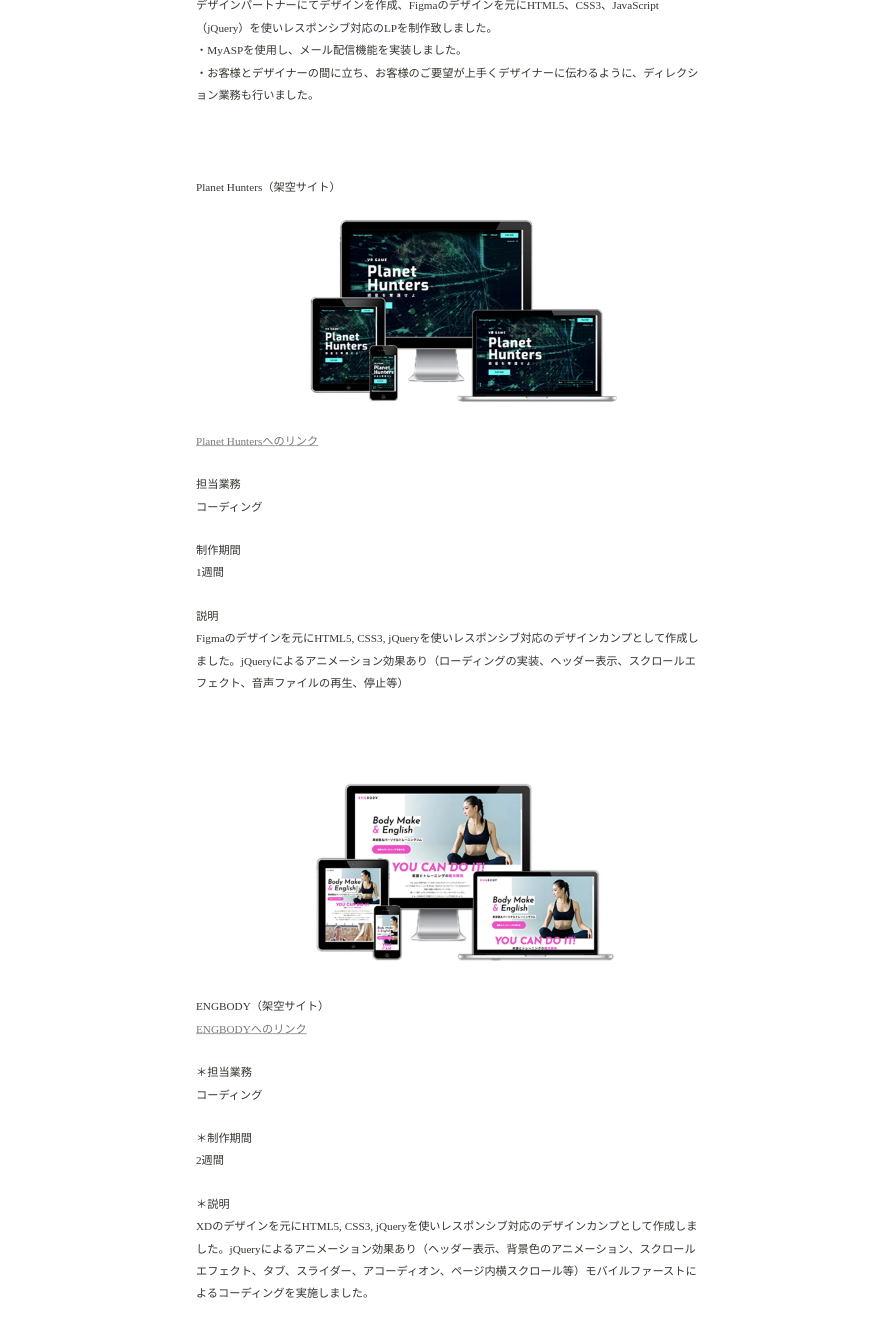
Repository: tetishi/my-portfolio
Page: index.html
An editor plug-in stored every save of this project. The page is shown before and after a run of saves, followed by the edit.
The browser window is 1280 px wide. The pictures show the part of the page from y = 3616 to 5536 px (the page is 11517 px tall before and 11501 px after), at 70% of full size.
The style sheet was rebuilt from its Sass, Less or Tailwind sources for each picture, by a compiler version that may differ from the author's.

Above is the page before, as saved 2024-05-19 15:48:17.

### index.html
<!DOCTYPE html>
<html lang="ja">

<head>
    <meta name="robots" content="noindex">
    <meta charset="UTF-8">
    <meta name="viewport" content="width=device-width, initial-scale=1.0">
    <meta http-equiv="X-UA-Compatible" content="ie=edge">
    <meta property="og:title" content="石田哲朗のポートフォリオ" />
    <meta property="og:type" content="website" />
    <meta property="og:url" content="http://tetsuroishida.com/" />
    <meta property="og:image" content="#" />
    <meta property="og:site_name" content="ポートフォリオ" />
    <meta property="og:description" content="石田哲朗のポートフォリオです。過去の作品、スキル、使用ツール、自己紹介を掲載しております。" />
    <title>石田哲朗のポートフォリオ</title>
    <link rel="stylesheet" href="reset.css">
    <link rel="stylesheet" href="style.css">
    <link rel="icon" href="img/favicon.ico">
</head>

<body>
    <header class="header">
        <div class="header-inner">
            <h1 class="logo">
                <a href="/">
                    <img class="logo_img" src="img/favicon.png" alt="">
                </a>
            </h1>
            <nav class="header-nav">
                <ul class="header-ul">
                    <li class="header-li">
                        <a href="#">過去の作品</a>
                    </li>
                    <li class="header-li">
                        <a href="#">スキル</a>
                    </li>
                    <li class="header-li">
                        <a href="#">使用ツール</a>
                    </li>
                    <li class="header-li">
                        <a href="#">私について</a>
                    </li>
                </ul>
            </nav>
            <button class="mobile-menu_btn">
                <span></span>
                <span></span>
                <span></span>
            </button>
            <div class="mobile-header">
                <nav class="mobile-header_nav">
                    <ul class="mobile-header_ul">
                        <li class="mobile-header_li">
                            <a href="#">過去の作品</a>
                        </li>
                        <li class="mobile-header_li">
                            <a href="#">スキル</a>
                        </li>
                        <li class="mobile-header_li">
                            <a href="#">使用ツール</a>
                        </li>
                        <li class="mobile-header_li">
                            <a href="#">私について</a>
                        </li>
                    </ul>
                </nav>
            </div>
        </div>
    </header>

    <main>

        <section>
            <!-- ここ記入 -->
            <h1>ポートフォリオ<br class="d-none">（石田 哲朗）</h1>
            <p>お忙しい中 ご覧頂きありがとうございます。</p>
            <p>以下、過去の作品でございます。</p>
            <!-- ここ記入 -->
            <!-- <p>ベーシック認証がかかっているものは<br>ID aaa<br>パスワード aaa<br> です。</p> -->
        </section>
        <section>

            <h2>過去の作品</h2>
            <h3 class="sub-tit">LP作成</h3>

            <!-- １作品目 -->
            <div class="work">
                <!-- ここ記入 -->
                <h3 class="work_tit">UNIVERSAL HOLDINGS様／山中湖オリオン</h3>

                <!-- サイトのイメージ写真を入れます -->
                <a class="work_img-link" target="_blank" href="https://orion.universalholdings.jp/">
                    <picture>
                        <source srcset="img/universal-holdings@2x.webp" type="image/webp">
                        <img src="img/universal-holdings@2x.png">
                    </picture>
                </a>
                <p>
                    UNIVERSAL HOLDINGS様の貸別荘ビジネス「山中湖オリオン」についてのLP（ランディングページ）を制作致しました。<br>
                    「山中湖オリオン」は優れた強固な構造が特徴で、長期の運用が可能なフィンランドログを使用した貸別荘です。<br>
                </p>
                <h3 class="details">サイトへのリンク</h3>
                <!-- ここ記入 -->
                <p class="work_link"><a target="_blank" rel="noopener noreferrer" href="https://orion.universalholdings.jp/">UNIVERSAL HOLDINGS様／山中湖オリオンのLPへのリンク</a></p>
                <p class="work_link"><a target="_blank" rel="noopener noreferrer" href="https://orion-salon.universalholdings.jp/">UNIVERSAL HOLDINGS様／山中湖オリオン ABテスト用LPへのリンク</a></p>

                <h3 class="details">担当業務</h3>
                <p>コーディング / WordPress</p>
                <h3 class="details">サイトの目的</h3>
                <p>共同事業パートナーの募集 / 事業の認知</p>
                <h3 class="details">制作期間</h3>
                <!-- ここ記入 -->
                <p>約5日（コーディング / WordPress）</p>
                <h3 class="details">説明</h3>
                <!-- ここ記入 -->
                <p>
                    UNIVERSAL HOLDINGS様の貸別荘ビジネス「山中湖オリオン」についてのLP（ランディングページ）を制作致しました。<br>
                    「山中湖オリオン」は優れた強固な構造が特徴で、長期の運用が可能なフィンランドログを使用した貸別荘です。<br>
                    デザインパートナーにてデザインを作成、Photoshopのデザインを元にHTML5, CSS3, JavaScript(jQuery)を使用しLPをコーディング、WordPress化致しました。<br>
                    ・ユーザーにとってクリックしやすくなるように、ボタンは光るようにコーディングしております。<br>
                    ・ABテスト用に一部異なるデザインのLPも制作致しました。
                </p>
            </div>


            <!-- 2作品目 -->
            <div class="work">
                <!-- ここ記入 -->
                <h3 class="work_tit">合同会社シュアーズ様／AIオートメーションシステムのLP</h3>

                <!-- サイトのイメージ写真を入れます -->
                <a class="work_img-link" target="_blank" href="https://sedori-go.com/automation-b/">
                    <picture>
                        <source srcset="img/automation-b@2x.webp" type="image/webp">
                        <img src="img/automation-b@2x.png">
                    </picture>
                </a>
                <!-- ここ記入 -->
                <p>
                    合同会社シュアーズ様のAIオートメーションシステムについてのLP（ランディングページ）を制作致しました。<br>
                    平凡なサラリーマンがネット販売で独立を叶え、起業初年度に「1億円」を叶えた特効薬（秘密）を初公開しております。
                </p>

                <h3 class="details">サイトへのリンク</h3>
                <p class="work_link"><a target="_blank" rel="noopener noreferrer" href="https://sedori-go.com/automation-b/">AIオートメーションシステムのLPへのリンク</a></p>

                <h3 class="details">担当業務</h3>
                <p>コーディング / ディレクション</p>

                <h3 class="details">サイトの目的</h3>
                <p>サービスの認知 / 新規クライアントの獲得</p>

                <h3 class="details">制作期間</h3>
                <!-- ここ記入 -->
                <p>5日（コーディング / ディレクション）</p>

                <h3 class="details">説明</h3>
                <!-- ここ記入 -->
                <p>デザインパートナーにてデザインを作成、Figmaのデザインを元にHTML5、CSS3、JavaScript（jQuery）を使いレスポンシブ対応のLPを制作致しました。<br>
                    ・MyASPを使用し、メール配信機能を実装しました。<br>
                    ・お客様とデザイナーの間に立ち、お客様のご要望が上手くデザイナーに伝わるように、ディレクション業務も行いました。
                </p>
            </div>

            <!-- 3作品目 -->
            <div class="work">
                <h3 class="work_tit">合同会社シュアーズ様／AIオートメーションのLP</h3>

                <!-- サイトのイメージ写真を入れます -->
                <a class="work_img-link" target="_blank" href="https://sedori-go.com/automationlp/">
                    <picture>
                        <source srcset="img/automation-a@2x.webp" type="image/webp">
                        <img src="img/automation-a@2x.png">
                    </picture>
                </a>
                <!-- ここ記入 -->
                <p>
                    合同会社シュアーズ様のAIオートメーションシステムについてのLP（ランディングページ）を制作致しました。<br>
                    自分でリサーチしない、勝手に利益商品をみつけてくれるAIオートメーションシステムです。
                </p>

                <h3 class="details">サイトへのリンク</h3>
                <p class="work_link"><a target="_blank" rel="noopener noreferrer" href="https://sedori-go.com/automationlp/">AIオートメーションのLPへのリンク</a></p>

                <h3 class="details">担当業務</h3>
                <p>コーディング / ディレクション</p>

                <h3 class="details">制作期間</h3>
                <!-- ここ記入 -->
                <!-- <p>11日（6日デザイン、5日コーディング）</p> -->
                <p>5日（コーディング / ディレクション）</p>

                <h3 class="details">説明</h3>
                <!-- ここ記入 -->
                <p>デザインパートナーにてデザインを作成、Figmaのデザインを元にHTML5、CSS3、JavaScript（jQuery）を使いレスポンシブ対応のLPを制作致しました。<br>
                    ・MyASPを使用し、メール配信機能を実装しました。<br>
                    ・お客様とデザイナーの間に立ち、お客様のご要望が上手くデザイナーに伝わるように、ディレクション業務も行いました。
                </p>
            </div>

            <!-- 4作品目 -->
            <div class="work">
                                <!-- ここ記入 -->
                                <p class="work_tit">Planet Hunters（架空サイト）</p>

                <!-- サイトのイメージ写真を入れます -->
                <picture>
                    <source srcset="img/planet-hunters@2x.webp" type="image/webp">
                    <img src="img/planet-hunters@2x.png">
                </picture>
                <!-- ここ記入 -->
                <p class="work_link"><a target="_blank" rel="noopener noreferrer" href="https://tetishi.github.io/planet-hunters/">Planet Huntersへのリンク</a></p>
                <p class="details">担当業務</p>
                <p>コーディング</p>
                <p class="details">制作期間</p>
                <!-- ここ記入 -->
                <p>1週間</p>
                <p class="details">説明</p>
                <!-- ここ記入 -->
                <p>Figmaのデザインを元にHTML5, CSS3, jQueryを使いレスポンシブ対応のデザインカンプとして作成しました。jQueryによるアニメーション効果あり（ローディングの実装、ヘッダー表示、スクロールエフェクト、音声ファイルの再生、停止等）</p>
            </div>

            <!-- 5作品目 -->
            <div class="work">
                <!-- サイトのイメージ写真を入れます -->
                <picture>
                    <source srcset="img/engbody@2x.webp" type="image/webp">
                    <img src="img/engbody@2x.png">
                </picture>
                <!-- ここ記入 -->
                <p class="work_tit">ENGBODY（架空サイト）</p>
                <!-- ここ記入 -->
                <p class="work_link"><a target="_blank" rel="noopener noreferrer" href="https://tetishi.github.io/engbody/">ENGBODYへのリンク</a></p>
                <p class="details">＊担当業務</p>
                <p>コーディング</p>
                <p class="details">＊制作期間</p>
                <!-- ここ記入 -->
                <p>2週間</p>
                <p class="details">＊説明</p>
                <!-- ここ記入 -->
                <p>XDのデザインを元にHTML5, CSS3, jQueryを使いレスポンシブ対応のデザインカンプとして作成しました。jQueryによるアニメーション効果あり（ヘッダー表示、背景色のアニメーション、スクロールエフェクト、タブ、スライダー、アコーディオン、ページ内横スクロール等）モバイルファーストによるコーディングを実施しました。</p>
            </div>

            <!-- 　6作品目 -->
            <div class="work">
                <!-- サイトのイメージ写真を入れます -->
                <picture>
                    <source srcset="img/cresta-design@2x.webp" type="image/webp">
                    <img src="img/cresta-design@2x.png">
                </picture>
                <!-- ここ記入 -->
                <p class="work_tit">Cresta Design（架空サイト）</p>
                <!-- ここ記入 -->
                <p class="work_link"><a target="_blank" rel="noopener noreferrer" href="https://tetishi.github.io/cresta-design/">Cresta Designへのリンク</a></p>
                <p class="details">＊担当業務</p>
                <p>コーディング</p>
                <p class="details">＊制作期間</p>
                <!-- ここ記入 -->
                <p>2週間</p>
                <p class="details">＊説明</p>
                <!-- ここ記入 -->
                <p>XDのデザインを元にHTML5, CSS3, jQueryを使いレスポンシブ対応のデザインカンプとして作成しました。jQueryによるアニメーション効果あり（ハンバーガーメニュー、ページ内スクロールボタン）</p>
            </div>

            <!-- 　7作品目 -->
            <div class="work">
                <!-- サイトのイメージ写真を入れます -->
                <picture>
                    <source srcset="img/wdc@2x.webp" type="image/webp">
                    <img src="img/wdc@2x.png">
                </picture>
                <!-- ここ記入 -->
                <p class="work_tit">WDC（架空サイト）</p>
                <!-- ここ記入 -->
                <p class="work_link"><a target="_blank" rel="noopener noreferrer" href="https://tetishi.github.io/wdc/">WDCへのリンク</a></p>
                <p class="details">＊担当業務</p>
                <p>コーディング</p>
                <p class="details">＊制作期間</p>
                <!-- ここ記入 -->
                <p>2週間</p>
                <p class="details">＊説明</p>
                <!-- ここ記入 -->
                <p>XDのデザインを元にHTML5, CSS3, jQueryを使いレスポンシブ対応のデザインカンプとして作成しました。jQueryによるアニメーション効果あり（ページ内スクロールボタン、トップに戻るボタン）</p>
            </div>

            <!-- 　8作品目 -->
            <div class="work">
                <!-- サイトのイメージ写真を入れます -->
                <picture>
                    <source srcset="img/munchkin@2x.webp" type="image/webp">
                    <img src="img/munchkin@2x.png">
                </picture>
                <!-- ここ記入 -->
                <p class="work_tit">MUNCHKIN（架空サイト）</p>
                <!-- ここ記入 -->
                <p class="work_link"><a target="_blank" rel="noopener noreferrer" href="https://tetishi.github.io/munchkin2/">MUNCHKINへのリンク</a></p>
                <p class="details">＊担当業務</p>
                <p>コーディング</p>
                <p class="details">＊制作期間</p>
                <!-- ここ記入 -->
                <p>1週間</p>
                <p class="details">＊説明</p>
                <!-- ここ記入 -->
                <p>XDのデザインを元にHTML5, CSS3, jQueryを使いレスポンシブ対応のデザインカンプとして作成しました。jQueryによるアニメーション効果あり（ハンバーガーメニュー、スクロールボタン）</p>
            </div>


            <h3 class="sub-tit">コーポレイトサイト作成</h3>
            <!-- 　1作品目 -->
            <div class="work">
                <!-- サイトのイメージ写真を入れます -->
                <picture>
                    <source srcset="img/pon-design@2x.webp" type="image/webp">
                    <img src="img/pon-design@2x.png">
                </picture>
                <!-- ここ記入 -->
                <p class="work_tit">PON DESIGN（架空サイト）</p>
                <!-- ここ記入 -->
                <p class="work_link"><a target="_blank" rel="noopener noreferrer" href="https://tetishi.github.io/pon-design/">PON DESIGNへのリンク</a></p>
                <p class="details">＊担当業務</p>
                <p>コーディング</p>
                <p class="details">＊制作期間</p>
                <!-- ここ記入 -->
                <p>約18日</p>
                <p class="details">＊説明</p>
                <!-- ここ記入 -->
                <p>XDのデザインを元にHTML5, CSS3, jQueryを使いレスポンシブ対応のデザインカンプとして作成しました。jQueryによるアニメーション効果あり（ハンバーガーメニュー、スライダー等）</p>
            </div>


            <!-- 　2作品目 -->
            <div class="work">
                <!-- サイトのイメージ写真を入れます -->
                <picture>
                    <source srcset="img/start@2x.webp" type="image/webp">
                    <img src="img/start@2x.png">
                </picture>
                <!-- ここ記入 -->
                <p class="work_tit">START（架空サイト）</p>
                <!-- ここ記入 -->
                <p class="work_link"><a target="_blank" rel="noopener noreferrer" href="https://tetishi.github.io/">STARTへのリンク</a></p>
                <p class="details">＊担当業務</p>
                <p>コーディング</p>
                <p class="details">＊制作期間</p>
                <!-- ここ記入 -->
                <p>1週間</p>
                <p class="details">＊説明</p>
                <!-- ここ記入 -->
                <p>XDのデザインを元にHTML5, CSS3, jQueryを使いレスポンシブ対応のデザインカンプとして作成しました。jQueryによるアニメーション効果あり（ハンバーガーメニュー）</p>
            </div>

            <!-- <div class="work"> -->
                <!-- サイトのイメージ写真を入れます -->
                <!-- <picture>
                    <source srcset="img/#" type="image/webp">
                    <img src="img/#">
                </picture> -->
                <!-- ここ記入 -->
                <!-- <p class="work_tit">ここに作品のタイトルを入れます</p> -->
                <!-- ここ記入 -->
                <!-- <p class="work_link"><a target="_blank" rel="noopener noreferrer" href="#">ここにリンクを入れます</a></p>
                <p class="details">＊担当業務</p>
                <p>コーディング</p>
                <p class="details">＊制作期間</p> -->
                <!-- ここ記入 -->
                <!-- <p>○週間</p>
                <p class="details">＊説明</p> -->
                <!-- ここ記入 -->
                <!-- <p>ここに説明文を入れます</p>
            </div> -->


        </section>
        <section>
            <h2>スキル</h2>
            <h3 class="info-tit">使用言語</h3>
            <p>HTML / CSS / Sass / Javascript / SEO / PHP</p>
            <h3 class="info-tit">フレ-ムワーク</h3>
            <p>jQuery / WordPress</p>
        </section>
        <section>
            <h2>使用ツール</h2>
            <h3 class="info-tit">エディター</h3>
            <p>Visual Studio Code</p>
            <h3 class="info-tit">テストサーバー</h3>
            <p>シン・クラウド for Free / エックスフリー</p>
            <h3 class="info-tit">バージョン管理ツール</h3>
            <p>GitHub</p>
            <h3 class="info-tit">連絡ツール</h3>
            <p>slack / Chatwork</p>
        </section>
        <section>
            <h2>私について</h2>
            <!-- 自分の写真を入れます -->
            <picture>
                <source srcset="img/myself.webp" type="image/webp">
                <img class="people" src="img/myself.jpeg">
            </picture>
            <!-- <img class="people" src="img/myself.jpeg"> -->
            <h3 class="info-tit">名前</h3>
            <!-- ここ記入 -->
            <p>石田 哲朗</p>
            <h3 class="info-tit">生年月日</h3>
            <!-- ここ記入 -->
            <p>1992年11月12日</p>
            <h3 class="info-tit">出身</h3>
            <!-- ここ記入 -->
            <p>奈良県</p>
            <h3 class="info-tit">経歴</h3>
            <!-- ここ記入 -->
            <ul class="carrier-list">
                <li class="carrier-item">
                    <p class="carrier-year">2015</p>
                    <p class="carrier-content">大阪の大学を経済学部で卒業</p>
                </li>
                <li class="carrier-item">
                    <p class="carrier-year">2015 - 2017</p>
                    <p class="carrier-content">アメリカ、ロサンゼルスの語学学校で英語を学ぶ</p>
                </li>
                <li class="carrier-item">
                    <p class="carrier-year">2017 - 2019</p>
                    <p class="carrier-content">カリフォルニア州オークランドにあるLaney Collegeにてコンピュータプログラミング専攻し卒業</p>
                </li>
                <li class="carrier-item">
                    <p class="carrier-year">2019</p>
                    <p class="carrier-content">フリーランスのWebエンジニアとして活動</p>
                </li>
                <li class="carrier-item">
                    <p class="carrier-year">2019 - 2020</p>
                    <p class="carrier-content">プログラミングスクールにてRuby on Ralisなどを学び実際に業務としてWeb開発を実施</p>
                </li>
                <li class="carrier-item">
                    <p class="carrier-year">2021 ~ 2023</p>
                    <p class="carrier-content">ネットワークエンジニアとして勤務</p>
                </li>
                <li class="carrier-item">
                    <p class="carrier-year">2022 ~ 現在</p>
                    <p class="carrier-content">フリーランスのWebエンジニアとして活動中</p>
                </li>
            </ul>
        </section>



    </main>

    <footer class="footer">
        <div class="footer-copyright">
            <p>
                © 2023 Tetsuro Ishida's portfolio All rights reserved
            </p>
        </div>
    </footer>

</body>

</html>

### reset.css
/*
html5doctor.com Reset Stylesheet
v1.6.1
Last Updated: 2010-09-17
Author: Richard Clark - http://richclarkdesign.com
Twitter: @rich_clark
*/

html,
body,
div,
span,
object,
iframe,
h1,
h2,
h3,
h4,
h5,
h6,
p,
blockquote,
pre,
abbr,
address,
cite,
code,
del,
dfn,
em,
img,
ins,
kbd,
q,
samp,
small,
strong,
sub,
sup,
var,
b,
i,
dl,
dt,
dd,
ol,
ul,
li,
fieldset,
form,
label,
legend,
table,
caption,
tbody,
tfoot,
thead,
tr,
th,
td,
article,
aside,
canvas,
details,
figcaption,
figure,
footer,
header,
hgroup,
menu,
nav,
section,
summary,
time,
mark,
audio,
video {
    margin: 0;
    padding: 0;
    border: 0;
    outline: 0;
    font-size: 100%;
    vertical-align: baseline;
    background: transparent;
}

body {
    line-height: 1;
}

article,
aside,
details,
figcaption,
figure,
footer,
header,
hgroup,
menu,
nav,
section {
    display: block;
}

nav ul {
    list-style: none;
}

blockquote,
q {
    quotes: none;
}

blockquote:before,
blockquote:after,
q:before,
q:after {
    content: '';
    content: none;
}

a {
    margin: 0;
    padding: 0;
    font-size: 100%;
    vertical-align: baseline;
    background: transparent;
}


/* change colours to suit your needs */

ins {
    background-color: #ff9;
    color: #000;
    text-decoration: none;
}


/* change colours to suit your needs */

mark {
    background-color: #ff9;
    color: #000;
    font-style: italic;
    font-weight: bold;
}

del {
    text-decoration: line-through;
}

abbr[title],
dfn[title] {
    border-bottom: 1px dotted;
    cursor: help;
}

table {
    border-collapse: collapse;
    border-spacing: 0;
}


/* change border colour to suit your needs */

hr {
    display: block;
    height: 1px;
    border: 0;
    border-top: 1px solid #cccccc;
    margin: 1em 0;
    padding: 0;
}

input,
select {
    vertical-align: middle;
}


/*end reset css*/

Loaded but not shown: style.scss (210 lines, source omitted)

After the next 3 saves:
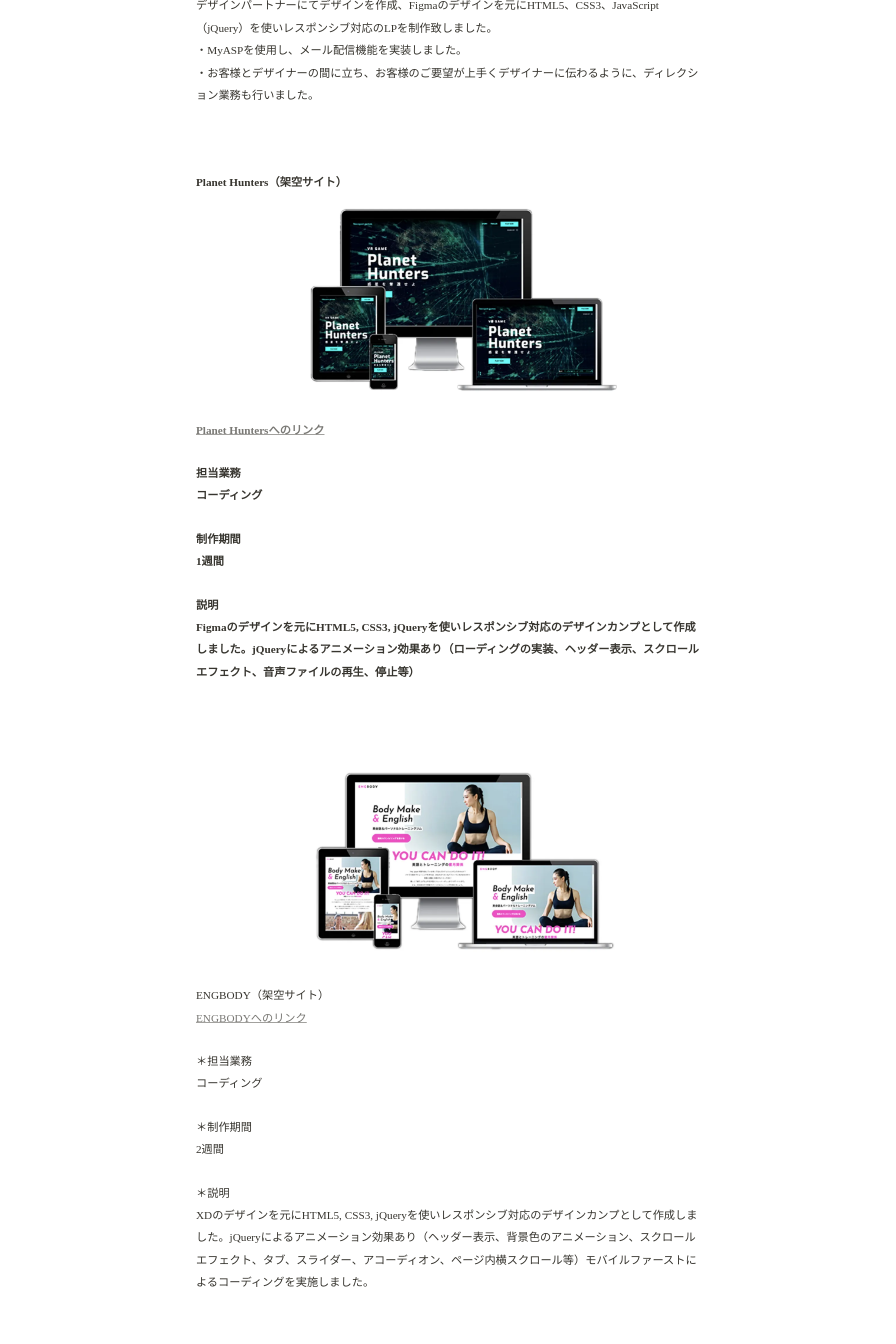
The 3 saves are shown as one change because they came seconds apart.
The last was saved 14 s later.
--- a/index.html
+++ b/index.html
@@ -200,8 +200,8 @@
 
             <!-- 4作品目 -->
             <div class="work">
-                                <!-- ここ記入 -->
-                                <p class="work_tit">Planet Hunters（架空サイト）</p>
+                <!-- ここ記入 -->
+                <h3 class="work_tit">Planet Hunters（架空サイト）</p>
 
                 <!-- サイトのイメージ写真を入れます -->
                 <picture>
